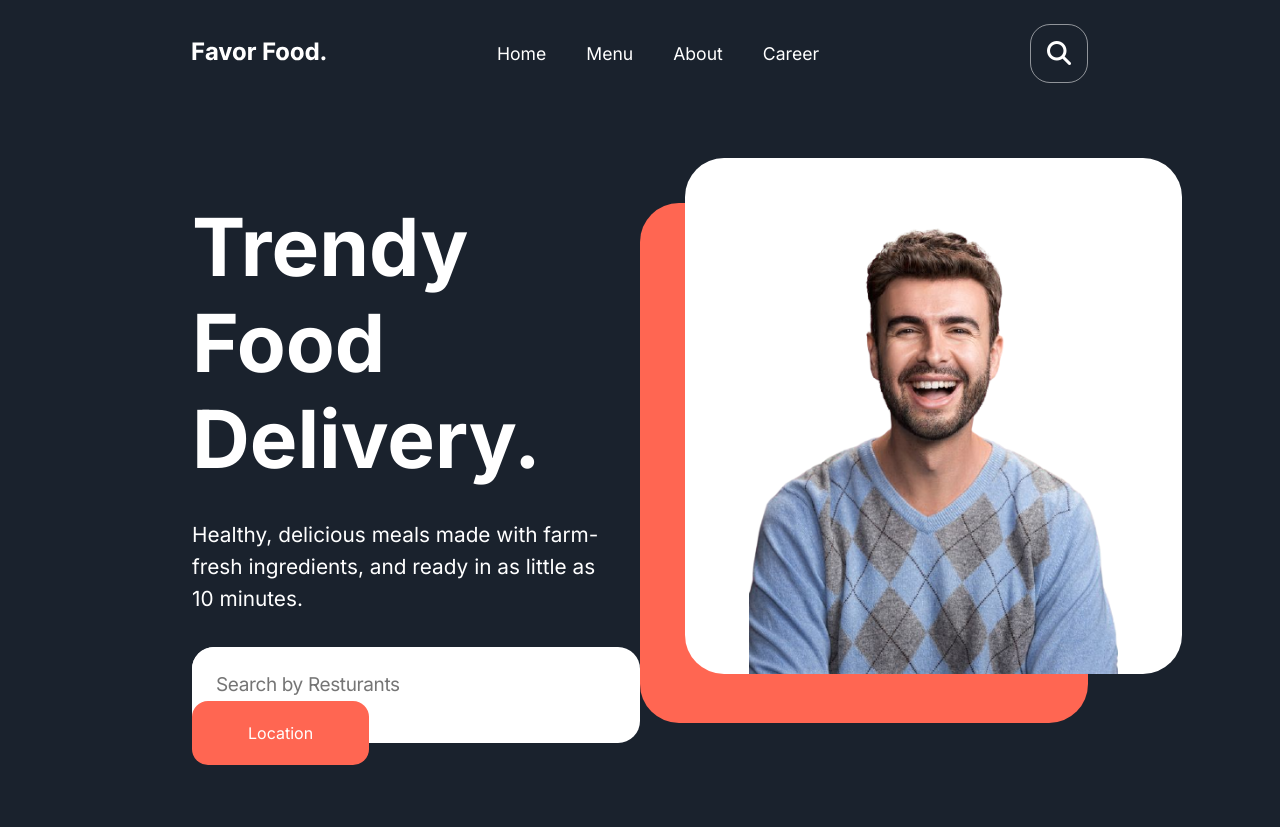
Repository: badhon252/favor-food
Page: index.html
An editor plug-in stored every save of this project. The page is shown before and after the next save, followed by the edit.
The browser window is 1280 px wide. The pictures show the whole page.
The style sheet was rebuilt from its Sass, Less or Tailwind sources for each picture, by a compiler version that may differ from the author's.

Above is the page before, as saved 2022-09-10 16:39:10.

### index.html
<!DOCTYPE html>
<html lang="en">

<head>
    <meta charset="UTF-8">
    <meta http-equiv="X-UA-Compatible" content="IE=edge">
    <meta name="viewport" content="width=device-width, initial-scale=1.0">
    <!-- fontawesome cdn link  -->
    <link rel="stylesheet" href="https://cdnjs.cloudflare.com/ajax/libs/font-awesome/6.2.0/css/all.min.css">
    <!-- custom css  -->
    <link rel="stylesheet" href="scss/style.css">

    <title>Favor-Food</title>
</head>

<body>
    <header class="">
        <div class="container">

            <nav>
                <div class="navbar-brand">
                    <img src="./images/logo.svg" alt="">
                </div>
                <ul class="nav">
                    <li><a href="">Home</a></li>
                    <li><a href="">Menu</a></li>
                    <li><a href="">About</a></li>
                    <li><a href="">Career</a></li>
                </ul>

                <div class="search-icon">
                    <i class="fa-solid fa-magnifying-glass"></i>
                </div>
            </nav>

            <div class="header-content">
                <div class="row">


                    <div class="col-md-6">
                        <h1>Trendy Food <br> Delivery.</h1>
                        <p class="my-5">Healthy, delicious meals made with farm- <br> fresh ingredients, and ready in as
                            little as <br>
                            10 minutes.
                        </p>
                        <form action="">
                            <input type="text" id="location" placeholder="Search by Resturants">
                            <label for="location">Location</label>
                        </form>
                    </div>
                    <div class="col-md-6">
                        <div class="card my-3">
                            <div class="img">
                                <img src="./images/image 624.svg" alt="">
                            </div>
                        </div>
                    </div>
                </div>
            </div>
        </div>
    </header>
</body>

</html>

### scss/style.scss
@import url("https://fonts.googleapis.com/css2?family=Inter:wght@400;600;700;800;900&display=swap");
* {
  margin: 0%;
  padding: 0;
  box-sizing: border-box;
  font-family: "Inter", sans-serif;
}

.container {
  margin: 0 12rem;
}
.row {
  display: flex;
  align-items: center;
  justify-content: space-between;
  max-width: 100%;
  .col-md-6 {
    max-width: 50%;
  }
}
h1 {
  font-weight: 700;
  font-size: 5rem;
  line-height: 96px;
}
.my-2 {
  margin: 2rem 0;
}
.my-3 {
  margin: 3rem 0;
}
.my-4 {
  margin: 4rem 0;
}
.my-5 {
  margin: 5rem 0;
}
.my-5 {
  margin: 5rem 0;
}
.my-6 {
  margin: 6rem 0;
}
header {
  background-color: #1a222d;
  color: #fff;
  nav {
    display: flex;
    justify-content: space-between;
    align-items: center;
    padding: 1.5rem 0;
    ul {
      display: flex;
      li {
        list-style-type: none;
        a {
          text-decoration: none;
          color: #fff;
          margin-right: 2.5rem;
          font-size: 1.1rem;
          font-weight: 500;
        }
      }
    }

    .search-icon {
      color: #fff;
      border: 1px solid rgba(255, 255, 255, 0.521);
      border-radius: 50%;
      padding: 1rem;
      border-radius: 20px;
      cursor: pointer;
      &:hover {
        opacity: 1;
      }
      i {
        font-size: 1.5rem;
      }
    }
  }

  .header-content {
    min-height: 100vh;
    padding: 3rem 0;
    h1 {
      margin: 1rem 0;
    }
    p {
      font-size: 1.3rem;
      font-weight: 500;
      margin: 2rem 0;
      line-height: 32px;
    }
    form {
      display: inline-block;
      border-radius: 22px;
      background: #ffffff;
      input {
        padding: 1.5rem;
        font-size: 19px;
        line-height: 28px;
        letter-spacing: -0.02em;
        outline: none;
        border: none;
        color: #b1b1b1;
        border-radius: 22px;
      }
      label {
        background: #ff6652;
        border-radius: 16px;
        padding: 1.4rem 3.5rem;
        margin-right: 0.6rem;
        cursor: pointer;
      }
    }

    .card {
      background: #ff6652;
      border-radius: 39px;
      // padding: 0 4rem;

      img {
        background-color: #fff;
        padding: 0 4rem;
        border-radius: 39px;
        position: relative;
        margin-left: 10%;
        margin-bottom: 10%;
        margin-top: -10%;

        // padding-left: 3rem;
        // &:hover {
        //   margin: -2rem -2rem auto auto;
        // }
      }
    }
  }
}

After the next save:
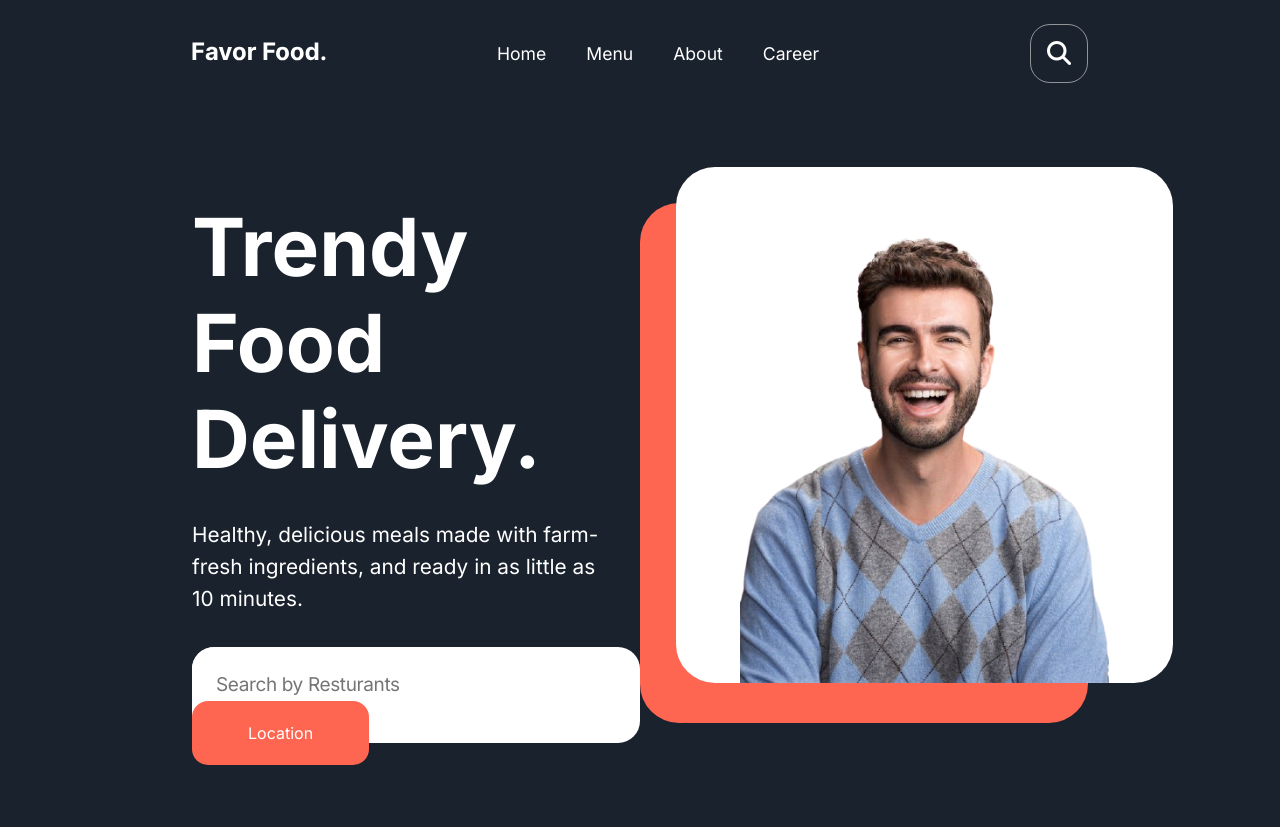
Saved 15 s later.
--- a/scss/style.scss
+++ b/scss/style.scss
@@ -124,9 +124,9 @@ header {
         padding: 0 4rem;
         border-radius: 39px;
         position: relative;
-        margin-left: 10%;
-        margin-bottom: 10%;
-        margin-top: -10%;
+        margin-left: 8%;
+        margin-bottom: 8%;
+        margin-top: -8%;
 
         // padding-left: 3rem;
         // &:hover {
